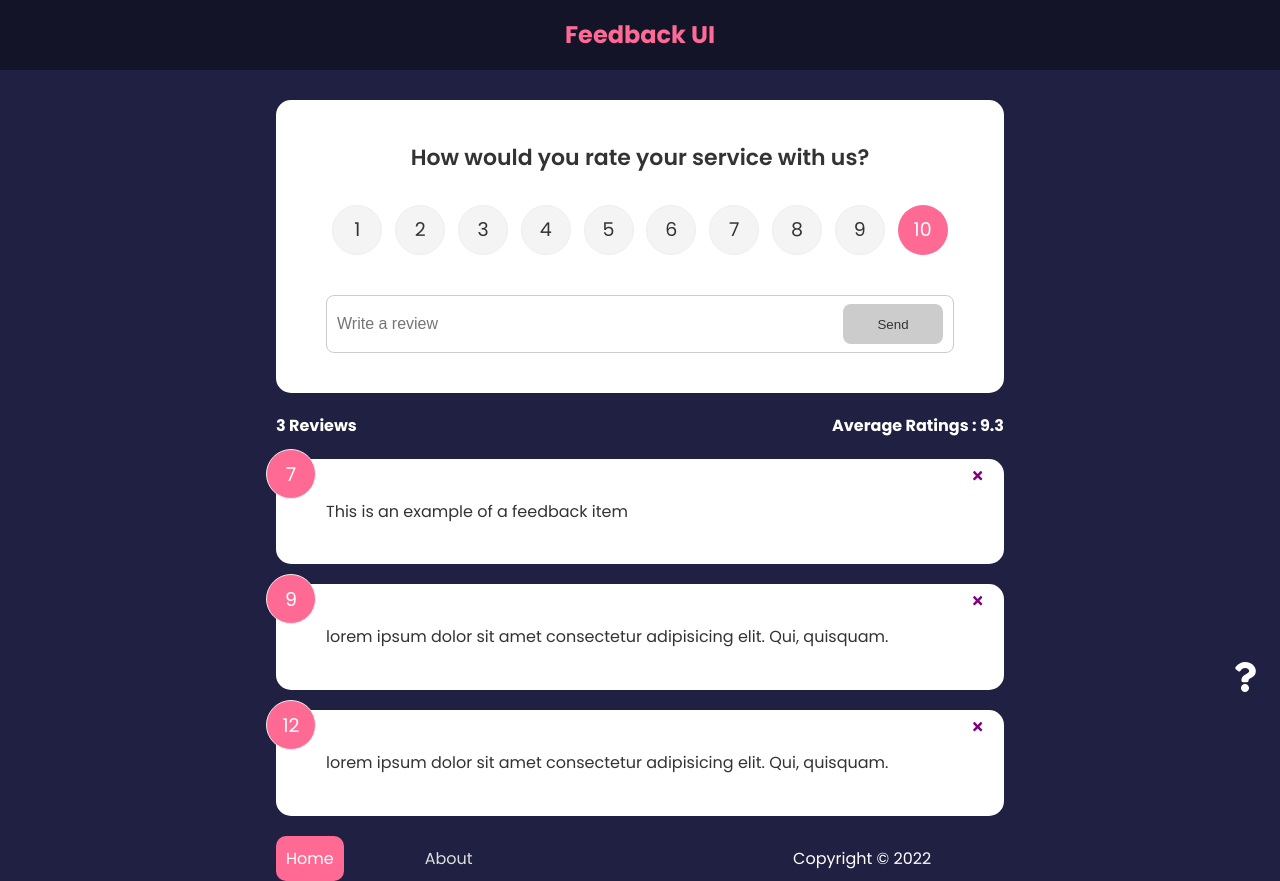
Repository: bayorwor/feedbackapp
Page: /
These files come from the project's save history. The page is drawn as it stood at one moment and after a run of saves; the edit follows.
The browser window is 1280 px wide. The pictures show the whole page.
The project was rebuilt for these pictures with package versions that can differ from the ones it lists, and the page was loaded fresh each time. Also part of the build but not shown: src/pages/AboutPage.jsx.

Above is the page before, as saved 2022-01-31 12:02:16.

### public/index.html
<!DOCTYPE html>
<html lang="en">
  <head>
    <meta charset="utf-8" />
    <link rel="icon" href="%PUBLIC_URL%/favicon.ico" />
    <meta name="viewport" content="width=device-width, initial-scale=1" />
    <meta name="theme-color" content="#000000" />
    <meta
      name="description"
      content="Web site created using create-react-app"
    />
    <link rel="apple-touch-icon" href="%PUBLIC_URL%/logo192.png" />
    <link rel="manifest" href="%PUBLIC_URL%/manifest.json" />
    <title>feedback app</title>
  </head>
  <body>
    <noscript>You need to enable JavaScript to run this app.</noscript>
    <div id="root"></div>
  </body>
</html>

### src/index.css
@import url("https://fonts.googleapis.com/css2?family=Poppins:wght@400;600;700&display=swap");

* {
  box-sizing: border-box;
  margin: 0;
  padding: 0;
}

body {
  font-family: "Poppins", sans-serif;
  background-color: #202142;
  color: #fff;
  line-height: 1.6;
}

ul {
  list-style: none;
}

.container {
  max-width: 768px;
  margin: auto;
  padding: 0 20px;
}

header {
  height: 70px;
  width: 100%;
  display: flex;
  justify-content: space-between;
  align-items: center;
  margin-bottom: 30px;
}

.card {
  background-color: #fff;
  color: #333;
  border-radius: 15px;
  padding: 40px 50px;
  margin: 20px 0;
  position: relative;
}

.card.reverse {
  background-color: rgba(0, 0, 0, 0.4);
  color: #fff;
}

.card h2 {
  font-size: 22px;
  font-weight: 600;
  text-align: center;
}

.rating {
  display: flex;
  align-items: center;
  justify-content: space-around;
  margin: 30px 0 40px;
}

.rating li,
.num-display {
  position: relative;
  background: #f4f4f4;
  width: 50px;
  height: 50px;
  padding: 10px;
  text-align: center;
  border-radius: 50%;
  font-size: 19px;
  border: 1px #eee solid;
  transition: 0.3s;
}

.rating li label {
  position: absolute;
  top: 50%;
  left: 50%;
  width: 50px;
  height: 50px;
  padding: 10px;
  border-radius: 50%;
  transform: translate(-50%, -50%);
  cursor: pointer;
}

.rating li:hover,
.num-display {
  background: #ff6a95;
  color: #fff;
}

[type="radio"] {
  opacity: 0;
}

[type="radio"]:checked ~ label {
  background: #ff6a95;
  color: #fff;
}

.input-group {
  display: flex;
  flex-direction: row;
  border: 1px solid #ccc;
  padding: 8px 10px;
  border-radius: 8px;
}

input {
  flex-grow: 2;
  border: none;
  font-size: 16px;
}

input:focus {
  outline: none;
}

.feedback-stats {
  color: #fff;
  display: flex;
  justify-content: space-between;
  align-items: center;
}

.num-display {
  position: absolute;
  top: -10px;
  left: -10px;
}

.close,
.edit {
  position: absolute;
  top: 10px;
  right: 20px;
  cursor: pointer;
  background: none;
  border: none;
}

.edit {
  right: 40px;
}

.btn {
  color: #fff;
  border: 0;
  border-radius: 8px;
  color: #fff;
  width: 100px;
  height: 40px;
  cursor: pointer;
}

.btn-primary {
  background-color: #202142;
}

.btn-secondary {
  background: #ff6a95;
}

.btn:hover {
  transform: scale(0.98);
  opacity: 0.9;
}

.btn:disabled {
  background-color: #cccccc;
  color: #333;
  cursor: auto;
}

.btn:disabled:hover {
  transform: scale(1);
  opacity: 1;
}

.message {
  padding-top: 10px;
  text-align: center;
  color: rebeccapurple;
}

.about-link {
  position: absolute;
  bottom: 20px;
  right: 20px;
  color: #fff;
  cursor: pointer;
}

.about-link a {
  color: #fff;
}

.about-link a:hover {
  color: #ff6a95;
}

.about h1 {
  margin-bottom: 20px;
}

.about p {
  margin: 10px 0;
}

@media (max-width: 600px) {
  .rating li {
    margin: 10px 3px;
  }

  .rating {
    display: flex;
    align-items: center;
    justify-content: center;
    flex-wrap: wrap;
    margin: 30px 0 40px;
  }

  .input-group input {
    width: 80%;
  }
}
.active {
  background: #ff6a95;
  color: #fff;
  padding: 10px;
  border-radius: 10px;
}
a {
  text-decoration: none;
  color: #dedede;
}
.footer {
  display: flex;
  justify-content: space-between;
  align-items: center;
  width: 90%;
}

.footer-container {
  display: flex;
  justify-content: space-between;
  align-items: center;
  width: 30%;
}

### src/App.js
import { useState } from "react";
import { BrowserRouter as Router, Route, Routes } from "react-router-dom";
import { v4 as uuidV4 } from "uuid";
import Header from "./components/Header";
import feedbackData from "./data/feedBacks";
import FeedbackList from "./components/FeedbackList";
import FeedbackStats from "./components/FeedbackStats";
import FeedbackForm from "./components/FeedbackForm";
import AboutPage from "./pages/AboutPage";
import AboutIconLink from "./components/AboutIconLink";
import Footer from "./components/Footer";
import { FeedbackProvider } from "./context/FeedbackContext";

const App = () => {
  const [feedback, setFeedback] = useState(feedbackData);

  const deleteFeedback = (id) => {
    if (window.confirm("Are you sure you want to delete this feedback?")) {
      setFeedback(feedback.filter((feedback) => feedback.id !== id));
    }
  };

  const addFeedback = (newFeedback) => {
    newFeedback.id = uuidV4();
    setFeedback([newFeedback, ...feedback]);
  };

  return (
    <FeedbackProvider>
      <Router>
        <Header />
        <div className="container">
          <Routes>
            <Route
              exact
              path="/"
              element={
                <>
                  <FeedbackForm addFeedback={addFeedback} />
                  <FeedbackStats feedback={feedback} />
                  <FeedbackList
                    feedback={feedback}
                    deleteFeedback={deleteFeedback}
                  />
                </>
              }
            ></Route>
            <Route path="/about" element={<AboutPage />} />
          </Routes>
          <Footer />
          <AboutIconLink />
        </div>
      </Router>
    </FeedbackProvider>
  );
};

export default App;

### src/components/Header.jsx
import React from "react";
import PropTypes from "prop-types";

const Header = ({ text, bgColor, textColor }) => {
  const headerStyle = {
    backgroundColor: bgColor,
    color: textColor,
  };

  return (
    <header style={headerStyle}>
      <div className="container">
        <h2>{text}</h2>
      </div>
    </header>
  );
};

Header.defaultProps = {
  text: "Feedback UI",
  bgColor: "rgba(0, 0, 0, 0.4)",
  textColor: "#ff6a95",
};

Header.propTypes = {
  text: PropTypes.string,
  bgColor: PropTypes.string,
  textColor: PropTypes.string,
};

export default Header;

### src/data/feedBacks.js
const feedbackData = [
  {
    rating: 7,
    text: "This is an example of a feedback item",
    id: 1,
  },
  {
    rating: 9,
    text: "lorem  ipsum dolor sit  amet consectetur adipisicing elit. Qui, quisquam.",
    id: 2,
  },
  {
    rating: 12,
    text: "lorem  ipsum dolor sit  amet consectetur adipisicing elit. Qui, quisquam.",
    id: 3,
  },
];

export default feedbackData;

### src/components/FeedbackList.jsx
import PropTypes from "prop-types";
import { motion, AnimatePresence } from "framer-motion";
import FeedbaackItem from "./FeedbaackItem";
import Card from "./shared/Card";

function FeedbackList({ feedback, deleteFeedback }) {
  if (!feedback || feedback.length === 0) {
    return (
      <Card>
        <p>There are no feedbacks to display</p>
      </Card>
    );
  }

  return (
    <div className="feedback-list">
      <AnimatePresence>
        {feedback.map((feedback) => (
          <motion.div
            key={feedback.id}
            initial={{ opacity: 0 }}
            animate={{ opacity: 1 }}
            exit={{ opacity: 0 }}
          >
            <FeedbaackItem
              key={feedback.id}
              feedback={feedback}
              deleteFeedback={deleteFeedback}
            />
          </motion.div>
        ))}
      </AnimatePresence>
    </div>
  );
  // return (
  //   <div className="feedback-list">
  //     {feedback.map((feedback) => (
  //       <FeedbaackItem
  //         key={feedback.id}
  //         feedback={feedback}
  //         deleteFeedback={deleteFeedback}
  //       />
  //     ))}
  //   </div>
  // );
}

FeedbackList.propTypes = {
  feedback: PropTypes.array.isRequired,
};

export default FeedbackList;

### src/components/FeedbackStats.jsx
import PropTypes from "prop-types";

function FeedbackStats({ feedback }) {
  let average =
    feedback.reduce((total, feedback) => total + feedback.rating, 0) /
    feedback.length;

  average = average.toFixed(1);

  return (
    <div className="feedback-stats">
      <h4>{feedback.length} Reviews</h4>
      <h4>Average Ratings : {isNaN(average) ? 0 : average}</h4>
    </div>
  );
}

FeedbackStats.propTypes = {
  feedback: PropTypes.array.isRequired,
};

export default FeedbackStats;

### src/components/FeedbackForm.jsx
import { useState } from "react";
import Card from "./shared/Card";
import Button from "./shared/Button";
import RatingSelect from "./RatingSelect";

function FeedbackForm({ addFeedback }) {
  const [text, setText] = useState("");
  const [rating, setRating] = useState(10);
  const [btnDisabled, setBtnDisabled] = useState(true);
  const [message, setMessage] = useState("");

  const handleChange = (event) => {
    if (text === "") {
      setBtnDisabled(true);
      setMessage(null);
    } else if (text !== "" && text.trim().length <= 10) {
      setBtnDisabled(true);
      setMessage("Please enter at least 10 characters");
    } else {
      setBtnDisabled(false);
      setMessage(null);
    }
    setText(event.target.value);
  };

  const handleSubmit = (event) => {
    event.preventDefault();
    if (text.trim().length > 10) {
      const newFeedback = {
        text,
        rating,
      };
      addFeedback(newFeedback);
      setText("");
      setRating(10);
      setBtnDisabled(true);
    }
  };

  return (
    <Card>
      <form onSubmit={handleSubmit}>
        <h2>How would you rate your service with us?</h2>
        <RatingSelect select={(rating) => setRating(rating)} />
        <div className="input-group">
          <input
            onChange={handleChange}
            value={text}
            type="text"
            placeholder="Write a review"
          />
          <Button type="submit" isDisabled={btnDisabled}>
            Send
          </Button>
        </div>
        {message && <div className="message">{message}</div>}
      </form>
    </Card>
  );
}

export default FeedbackForm;

### src/components/AboutIconLink.jsx
import React from "react";
import { FaQuestion } from "react-icons/fa";
import { Link } from "react-router-dom";

function AboutIconLink() {
  return (
    <div className="about-link">
      <Link to="/about">
        <FaQuestion size={30} />
      </Link>
    </div>
  );
}

export default AboutIconLink;

### src/components/Footer.jsx
import { NavLink } from "react-router-dom";

function Footer() {
  var today = new Date();
  var year = today.getFullYear();

  return (
    <>
      <div className="footer">
        <div className="footer-container">
          <NavLink activeClassName="active" to="/">
            Home
          </NavLink>
          <NavLink activeClassName="active" to="/about">
            About
          </NavLink>
        </div>
        <p>Copyright &copy; {year}</p>
      </div>
    </>
  );
}

export default Footer;

### src/context/FeedbackContext.js
import { createContext, useState } from "react";

const FeedbackContext = createContext();

export const FeedbackProvider = ({ children }) => {
  const [feedback, setFeedback] = useState([
    {
      id: 1,
      text: "This is a feedback from  context",
      rating: 5,
    },
  ]);
  return (
    <FeedbackContext.Provider value={{ feedback }}>
      {children}
    </FeedbackContext.Provider>
  );
};

export default FeedbackContext;

### src/components/FeedbaackItem.jsx
import { FaTimes } from "react-icons/fa";
import PropTypes from "prop-types";
import Card from "./shared/Card";

function FeedbaackItem({ feedback, deleteFeedback }) {
  return (
    <Card>
      <div className="num-display">{feedback.rating}</div>
      <button onClick={() => deleteFeedback(feedback.id)} className="close">
        <FaTimes color="purple" />
      </button>
      <div className="text-display">{feedback.text}</div>
    </Card>
  );
}

FeedbaackItem.propTypes = {
  feedback: PropTypes.object.isRequired,
};

export default FeedbaackItem;

### src/components/shared/Card.jsx
import React from "react";
import PropTypes from "prop-types";

function Card({ children, reverse }) {
  return <div className={`card ${reverse && "reverse"}`}>{children}</div>;
}

Card.defaultProps = {
  reverse: false,
};

Card.propTypes = {
  children: PropTypes.node.isRequired,
  reverse: PropTypes.bool,
};

export default Card;

### src/components/shared/Button.js
import PropTypes from "prop-types";

function Button({ children, version, type, isDisabled }) {
  return (
    <button type={type} disabled={isDisabled} className={`btn btn-${version}`}>
      {children}
    </button>
  );
}

Button.defaultProps = {
  version: "primary",
  type: "button",
  isDisabled: false,
};

Button.prototype = {
  children: PropTypes.node.isRequired,
  version: PropTypes.string,
  type: PropTypes.string,
  isDisabled: PropTypes.bool,
};

export default Button;

### src/components/RatingSelect.jsx
import { useState } from "react";

function RatingSelect({ select }) {
  const [selected, setSelected] = useState(10);

  const handleChange = (event) => {
    setSelected(+event.currentTarget.value);
    select(+event.currentTarget.value);
  };

  return (
    <ul className="rating">
      <li>
        <input
          type="radio"
          id="num1"
          name="rating"
          value="1"
          onChange={handleChange}
          checked={selected === 1}
        />
        <label htmlFor="num1">1</label>
      </li>
      <li>
        <input
          type="radio"
          id="num2"
          name="rating"
          value="2"
          onChange={handleChange}
          checked={selected === 2}
        />
        <label htmlFor="num2">2</label>
      </li>
      <li>
        <input
          type="radio"
          id="num3"
          name="rating"
          value="3"
          onChange={handleChange}
          checked={selected === 3}
        />
        <label htmlFor="num3">3</label>
      </li>
      <li>
        <input
          type="radio"
          id="num4"
          name="rating"
          value="4"
          onChange={handleChange}
          checked={selected === 4}
        />
        <label htmlFor="num4">4</label>
      </li>
      <li>
        <input
          type="radio"
          id="num5"
          name="rating"
          value="5"
          onChange={handleChange}
          checked={selected === 5}
        />
        <label htmlFor="num5">5</label>
      </li>
      <li>
        <input
          type="radio"
          id="num6"
          name="rating"
          value="6"
          onChange={handleChange}
          checked={selected === 6}
        />
        <label htmlFor="num6">6</label>
      </li>
      <li>
        <input
          type="radio"
          id="num7"
          name="rating"
          value="7"
          onChange={handleChange}
          checked={selected === 7}
        />
        <label htmlFor="num7">7</label>
      </li>
      <li>
        <input
          type="radio"
          id="num8"
          name="rating"
          value="8"
          onChange={handleChange}
          checked={selected === 8}
        />
        <label htmlFor="num8">8</label>
      </li>
      <li>
        <input
          type="radio"
          id="num9"
          name="rating"
          value="9"
          onChange={handleChange}
          checked={selected === 9}
        />
        <label htmlFor="num9">9</label>
      </li>
      <li>
        <input
          type="radio"
          id="num10"
          name="rating"
          value="10"
          onChange={handleChange}
          checked={selected === 10}
        />
        <label htmlFor="num10">10</label>
      </li>
    </ul>
  );
}

export default RatingSelect;

Loaded but not shown: src/index.js (common file)

After the next 2 saves:
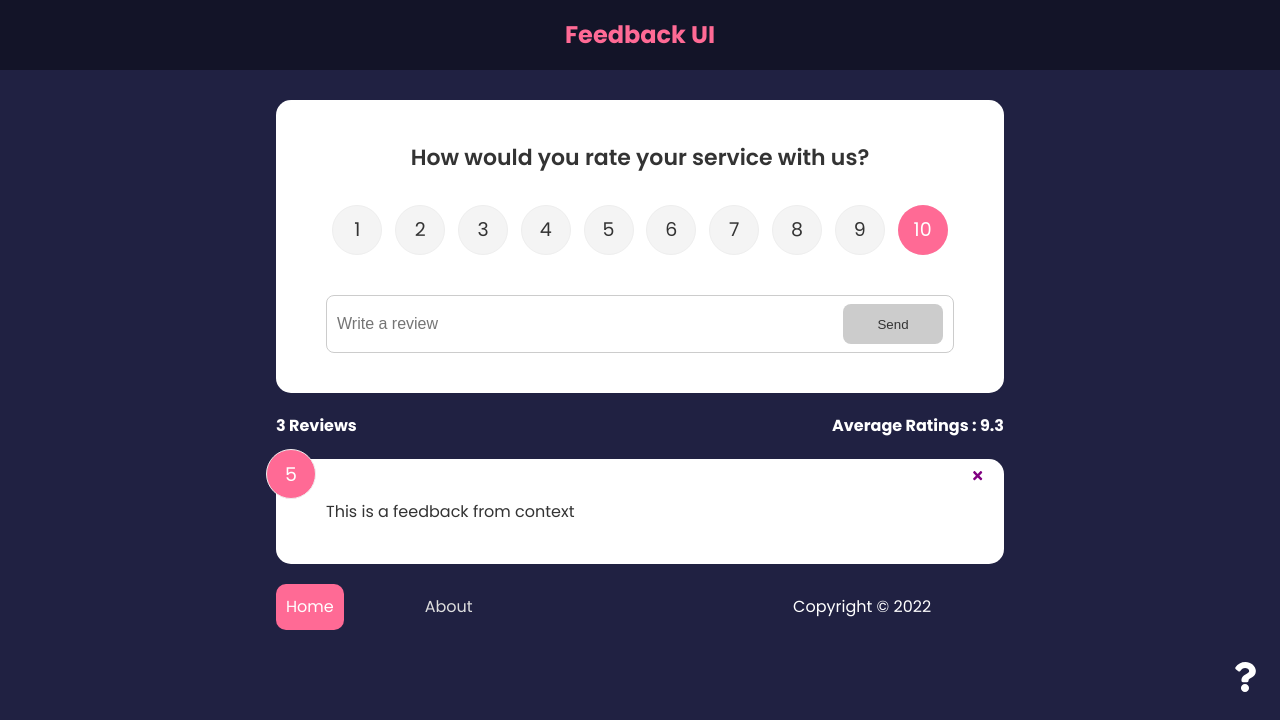
The 2 saves are shown as one change because 1 did not build or start.
The last was saved 5 min 29 s later.
--- a/src/components/FeedbackList.jsx
+++ b/src/components/FeedbackList.jsx
@@ -1,9 +1,11 @@
-import PropTypes from "prop-types";
+import { useContext } from "react";
 import { motion, AnimatePresence } from "framer-motion";
 import FeedbaackItem from "./FeedbaackItem";
 import Card from "./shared/Card";
+import FeedbackContext from "../context/FeedbackContext";
 
-function FeedbackList({ feedback, deleteFeedback }) {
+function FeedbackList({ deleteFeedback }) {
+  const { feedback } = useContext(FeedbackContext);
   if (!feedback || feedback.length === 0) {
     return (
       <Card>
@@ -32,21 +34,6 @@ function FeedbackList({ feedback, deleteFeedback }) {
       </AnimatePresence>
     </div>
   );
-  // return (
-  //   <div className="feedback-list">
-  //     {feedback.map((feedback) => (
-  //       <FeedbaackItem
-  //         key={feedback.id}
-  //         feedback={feedback}
-  //         deleteFeedback={deleteFeedback}
-  //       />
-  //     ))}
-  //   </div>
-  // );
 }
 
-FeedbackList.propTypes = {
-  feedback: PropTypes.array.isRequired,
-};
-
 export default FeedbackList;
